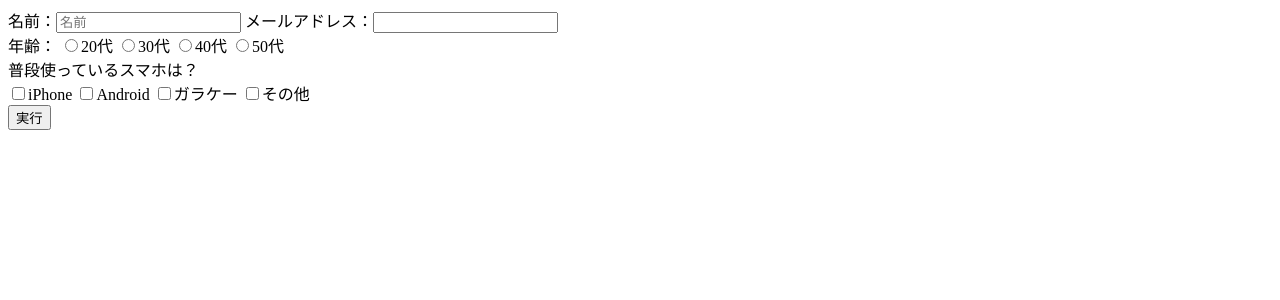
Repository: picalin/samurai_typing-game
Page: JavaScript_tutorial/Practice.html
The author's editor kept a record of every edit. The page is drawn from the files as they stood at one moment, then again after the next edit.
The browser window is 1280 px wide. The pictures show the whole page.

Above is the page before.

After the next edit:
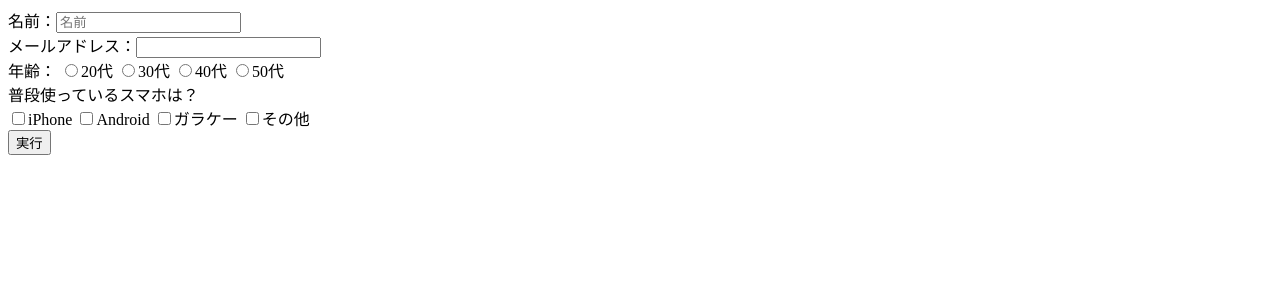
The edit:
--- a/JavaScript_tutorial/Practice.html
+++ b/JavaScript_tutorial/Practice.html
@@ -6,7 +6,7 @@
   </head>
     <body>
       <form name="myForm">
-        名前：<input type="text" name="name" placeholder="名前"　required />
+        名前：<input type="text" name="name" placeholder="名前"　required /><br/>
 
         メールアドレス：<input type="email" name="address"　placeholder="メールアドレス" required /><br/>
         年齢：
